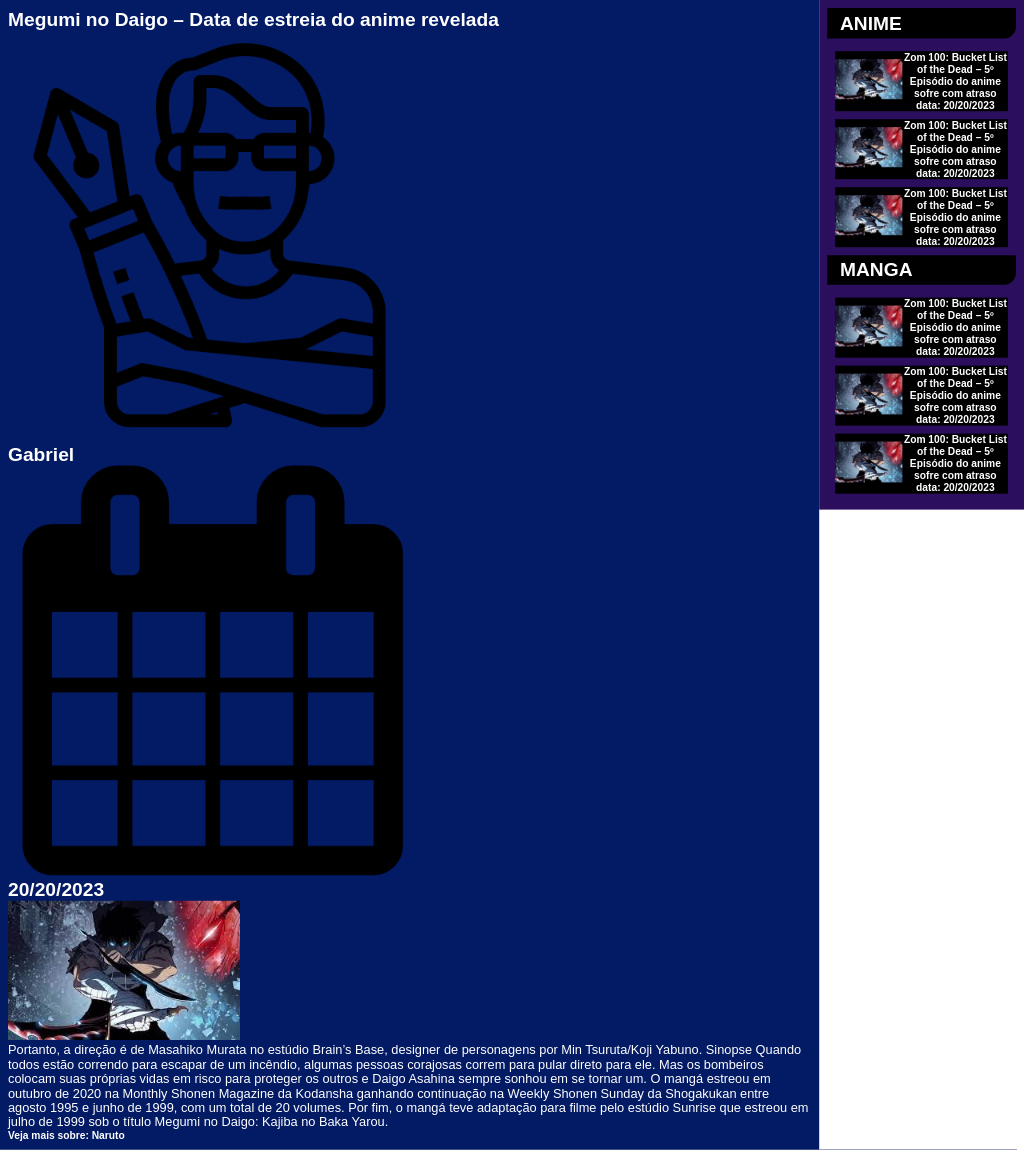
Repository: GabriellShi/blog-anime
Page: a-noticia.html
An editor plug-in stored every save of this project. The page is shown before and after a run of saves, followed by the edit.
The browser window is 1280 px wide. The pictures show the whole page, at 80% of full size.

Above is the page before, as saved 2023-08-03 23:04:34.

After the next 4 saves:
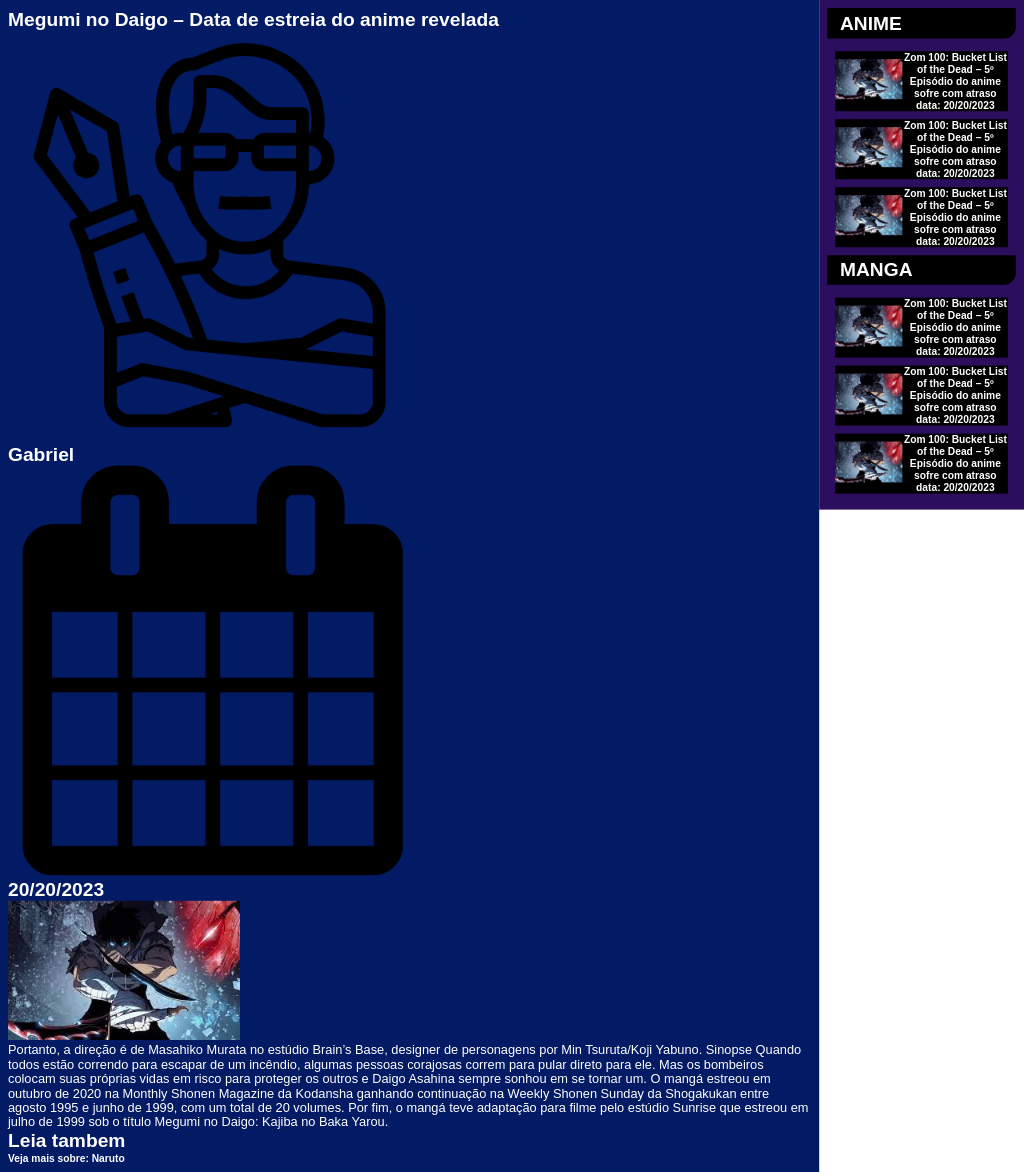
The 4 saves are shown as one change because they came seconds apart.
The last was saved 9 s later.
--- a/a-noticia.html
+++ b/a-noticia.html
@@ -37,7 +37,7 @@
         </div>
 
         <div>
-
+            <h2>Leia tambem</h2>
         </div>
 
         <div><h3>Veja mais sobre: Naruto</h3></div>
